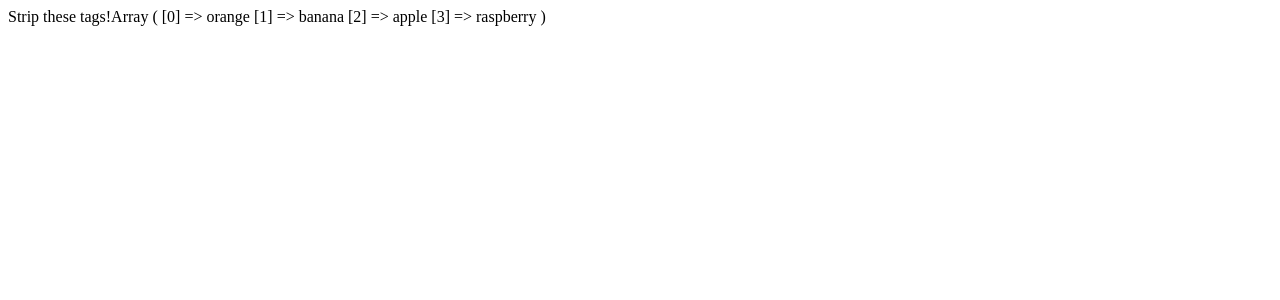
Repository: taku-su/kadai4
Page: http://localhost/kadai4.php
The author's editor kept a record of every edit. The page is drawn from the files as they stood at one moment, then again after the next edit.
The browser window is 1280 px wide. The pictures show the whole page.
The page is run by PHP 8.4 with error messages shown; the project is at /var/www/html/.

Above is the page before.

### kadai4.php
<?php
echo strip_tags("Strip <i>these</i> tags!");
$stack = array("orange", "banana");
array_push($stack, "apple", "raspberry");
print_r($stack);
?>

After the next edit:
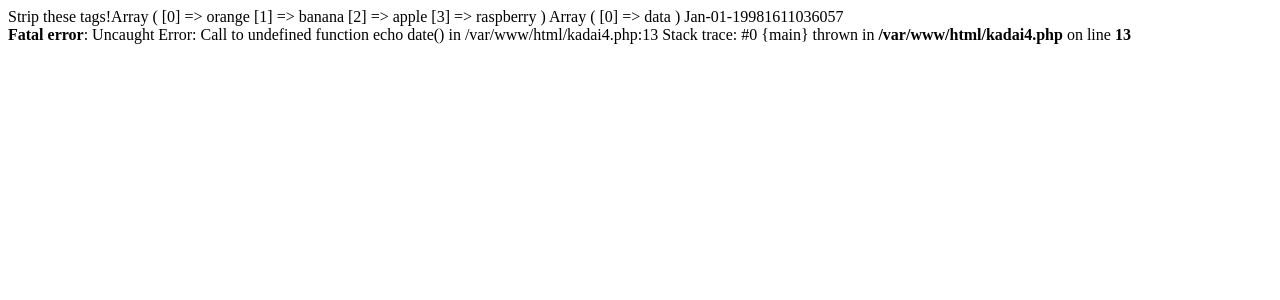
The edit:
--- a/kadai4.php
+++ b/kadai4.php
@@ -3,4 +3,12 @@
 $stack = array("orange", "banana");
 array_push($stack, "apple", "raspberry");
 print_r($stack);
+$array1 = array();
+$array2 = array(1 => "data");
+$result = array_merge($array1, $array2);
+print_r($result);
+echo date("M-d-Y", mktime(0, 0, 0, 12, 32, 1997));
+echo time();
+date_default_timezone_set('UTC');
+echo date("l");
 ?>

After the edit that followed:
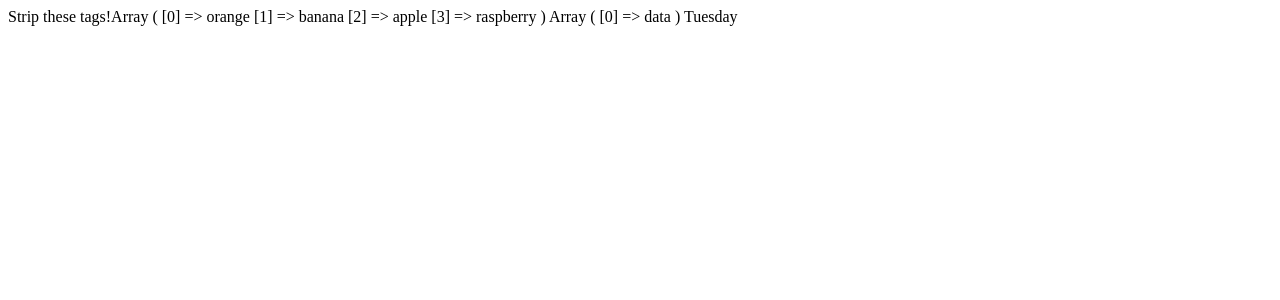
The edit:
--- a/kadai4.php
+++ b/kadai4.php
@@ -7,8 +7,8 @@
 $array2 = array(1 => "data");
 $result = array_merge($array1, $array2);
 print_r($result);
-echo date("M-d-Y", mktime(0, 0, 0, 12, 32, 1997));
-echo time();
+//echo date("M-d-Y", mktime(0, 0, 0, 12, 32, 1997));
+//echo time();
 date_default_timezone_set('UTC');
-echo date("l");
+echo date("l");
 ?>
